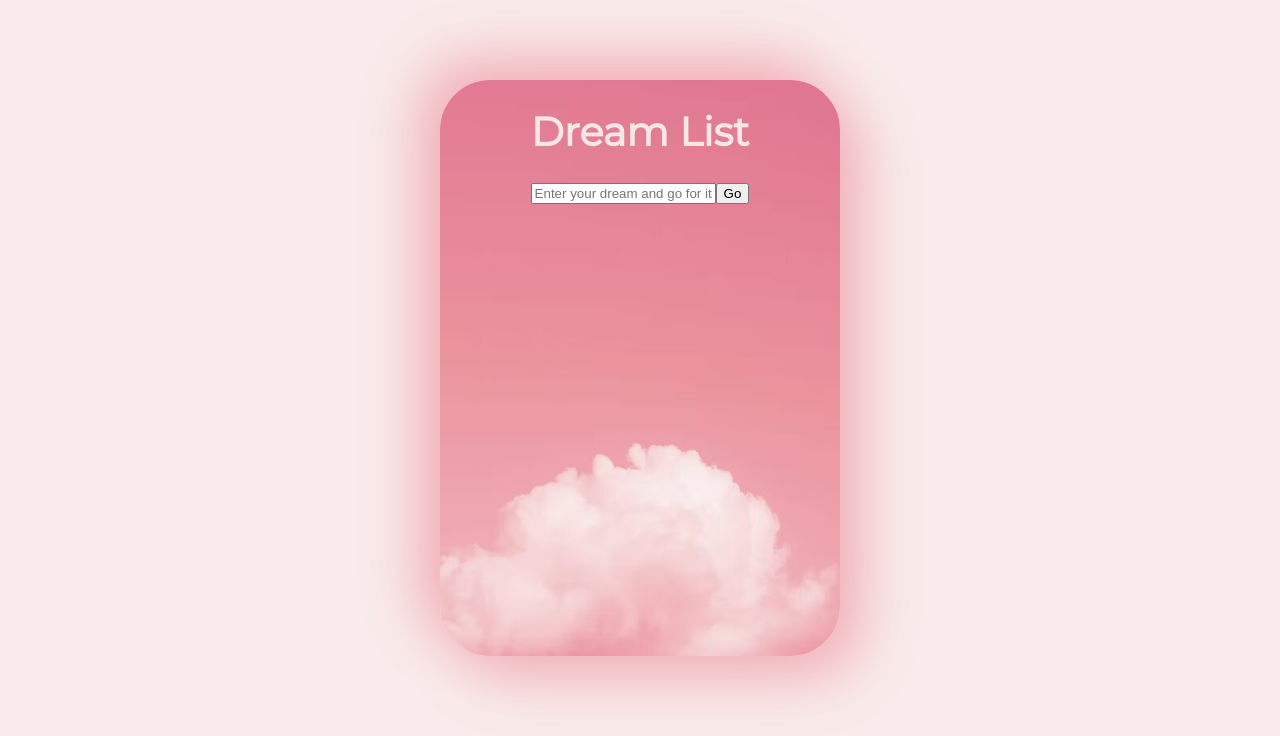
Repository: asya-aisa/grocery-list
Page: /
These files come from the project's save history. The page is drawn as it stood at one moment and after a run of saves; the edit follows.
The browser window is 1280 px wide. The pictures show the whole page.
The project was rebuilt for these pictures with package versions that can differ from the ones it lists, and the page was loaded fresh each time.

Above is the page before, as saved 2023-07-14 16:11:52.

After the next 2 saves:
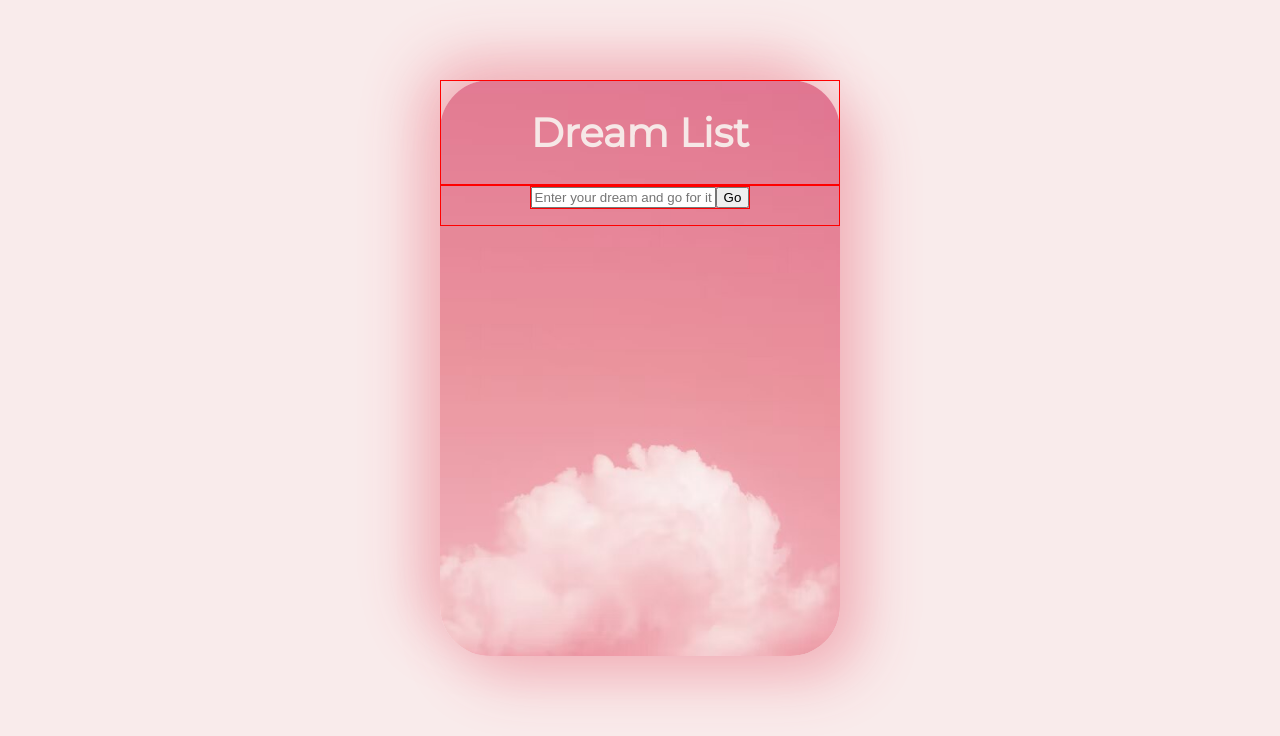
The 2 saves are shown as one change because they came seconds apart.
The last was saved 9 s later.
--- a/src/App.css
+++ b/src/App.css
@@ -27,5 +27,5 @@ input {
   width: 100%;
 }
 .container {
-
+  border:  red 1px solid;
 }
